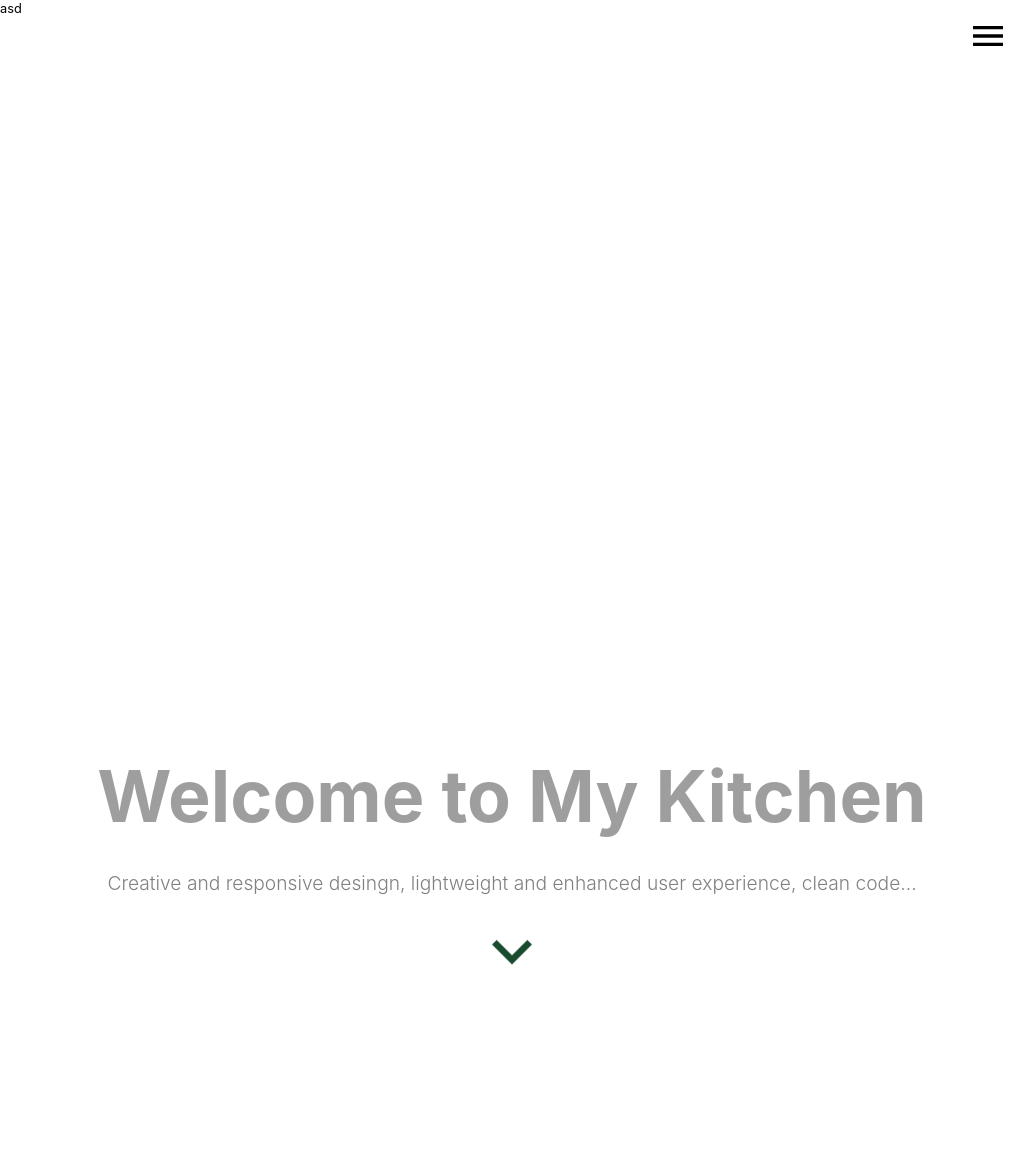
Repository: safak/safak.github.io
Page: /
These files come from the project's save history. The page is drawn as it stood at one moment and after the next save; the edit follows.
The browser window is 1280 px wide. The pictures show the whole page, at 80% of full size.
Pictures or frames that could not be fetched are drawn as grey boxes. Backgrounds fixed to the window are drawn as part of the page. The project was rebuilt for these pictures with package versions that can differ from the ones it lists, and the page was loaded fresh each time. Also part of the build but not shown: src/App.css.

Above is the page before, as saved 2020-08-28 03:56:19.

After the next save:
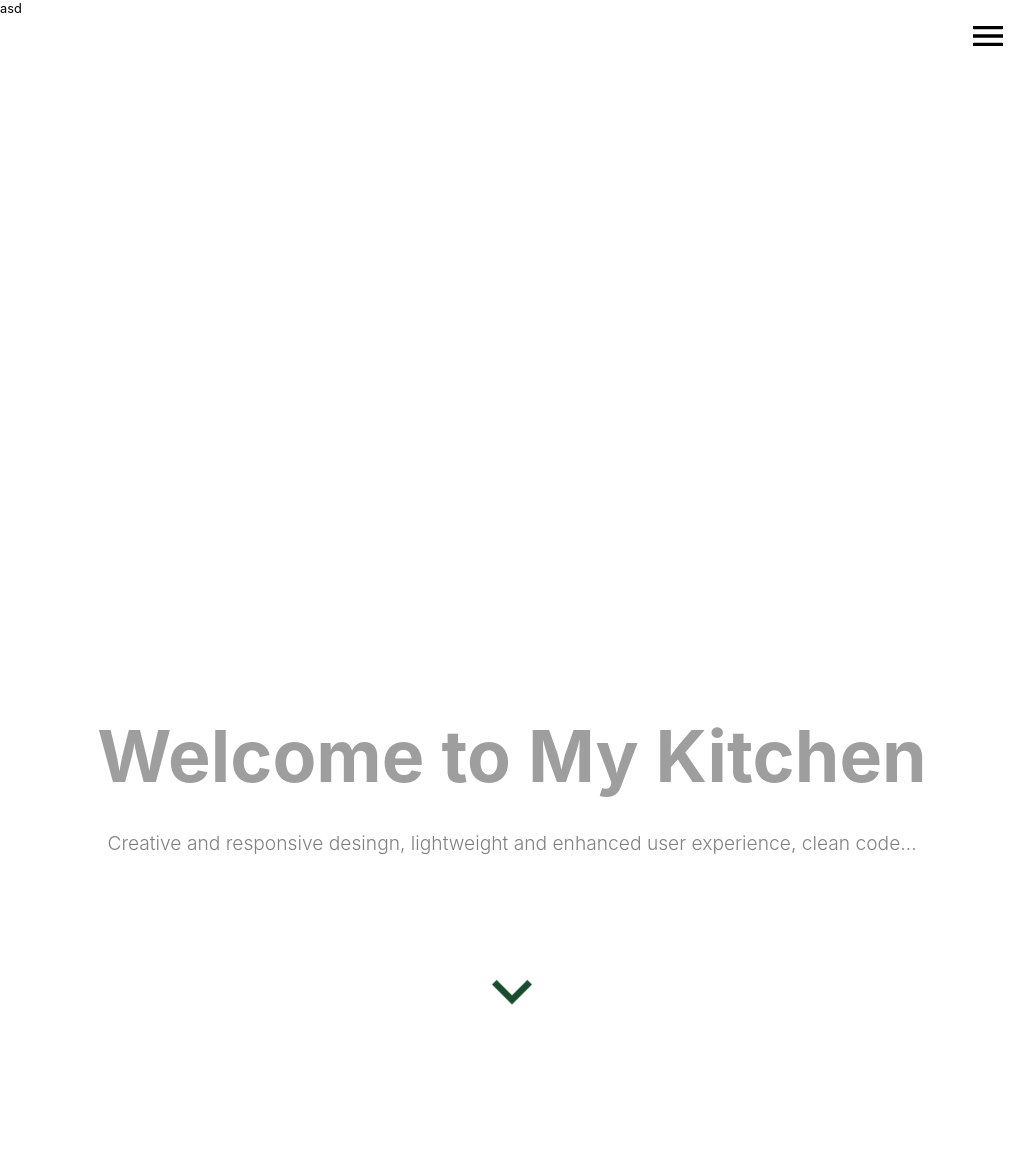
Saved 10 s later.
--- a/src/components/introduction/Introduction.css
+++ b/src/components/introduction/Introduction.css
@@ -36,7 +36,7 @@
 .introduction > .MuiSvgIcon-root {
   font-size: 100px;
   color: #0d4324;
-  padding-bottom: 0;
+  padding-top: 100px;
 }
 
 @keyframes flickerAnimation {

After the save that followed:
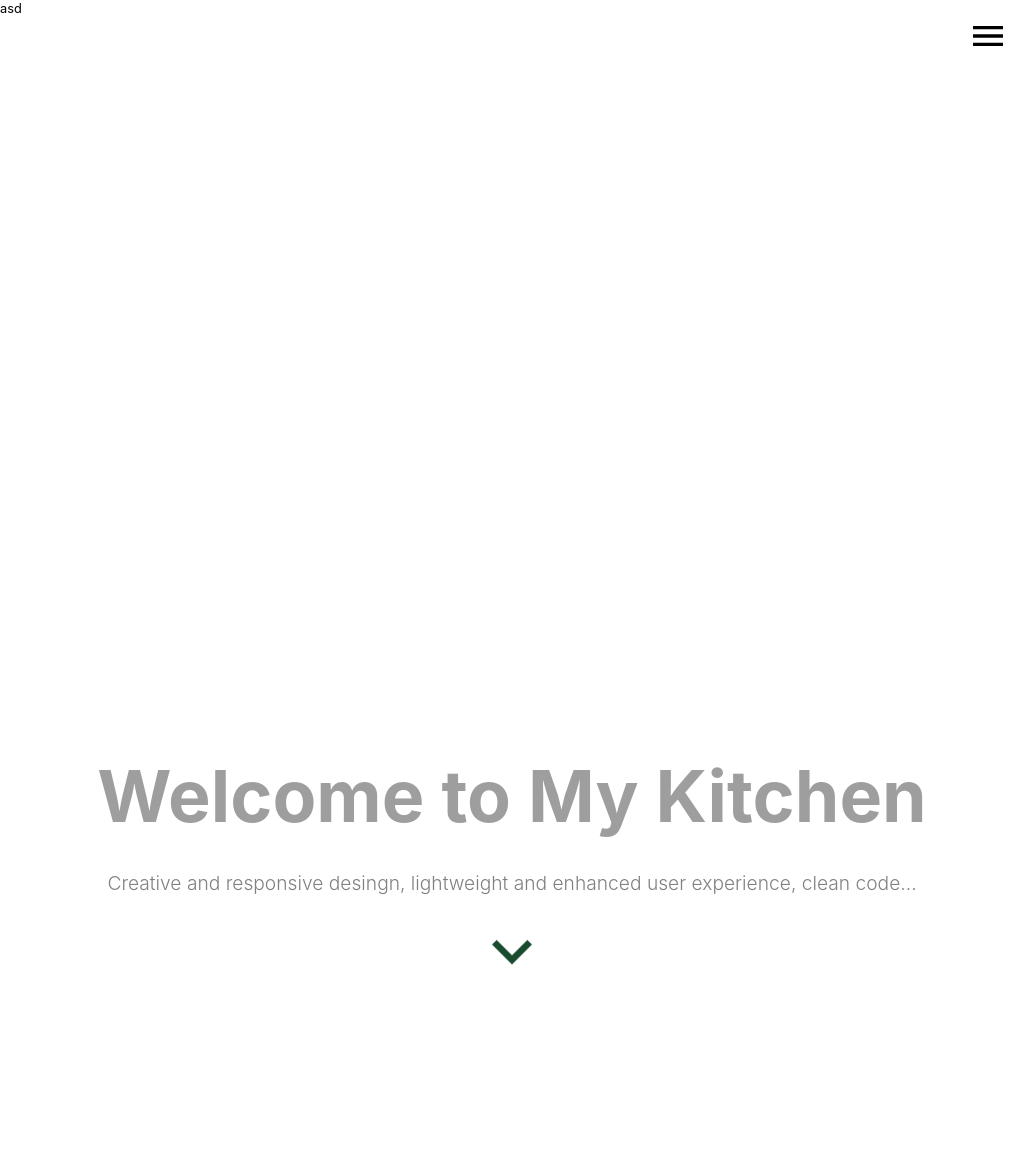
Saved 6 s later.
--- a/src/components/introduction/Introduction.css
+++ b/src/components/introduction/Introduction.css
@@ -36,7 +36,6 @@
 .introduction > .MuiSvgIcon-root {
   font-size: 100px;
   color: #0d4324;
-  padding-top: 100px;
 }
 
 @keyframes flickerAnimation {
